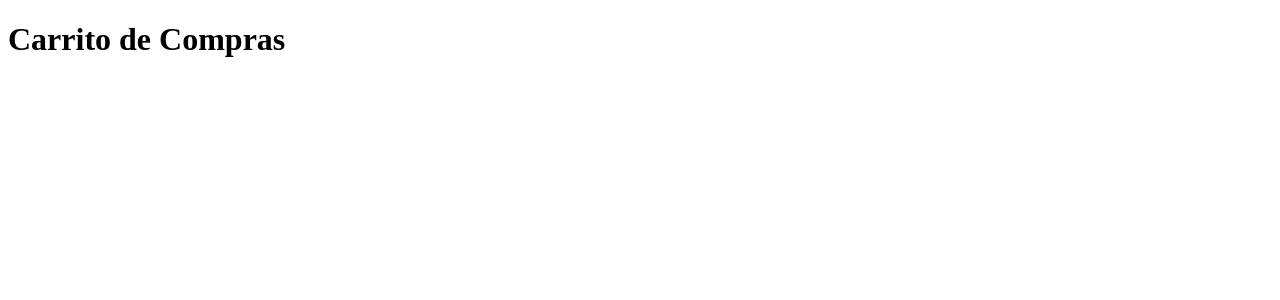
Repository: satfail/J2EE_DAD2_Workspace
Page: CarritoCompras/WebContent/index.html
An editor plug-in stored every save of this project. The page is shown before and after a run of saves, followed by the edit.
The browser window is 1280 px wide. The pictures show the whole page.

Above is the page before, as saved 2020-02-13 12:12:55.

After the next 2 saves:
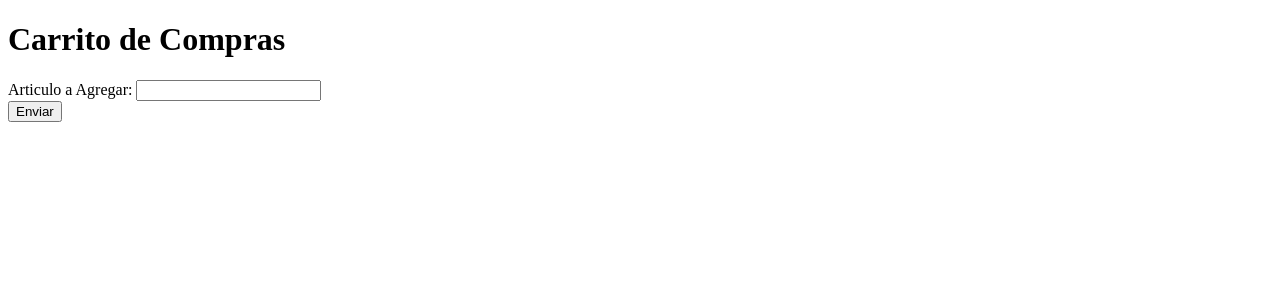
The 2 saves are shown as one change because they came seconds apart.
The last was saved 69 s later.
--- a/CarritoCompras/WebContent/index.html
+++ b/CarritoCompras/WebContent/index.html
@@ -7,7 +7,8 @@
 	<body>
 		<h1>Carrito de Compras</h1>
 		<form action="/CarritoCompras/Servlet" method ="post" name = "form1">
-
+			Articulo a Agregar:	<input type="text" name="articulo"><br>
+			<input type="submit" value="Enviar">
 
 
 		</form>
